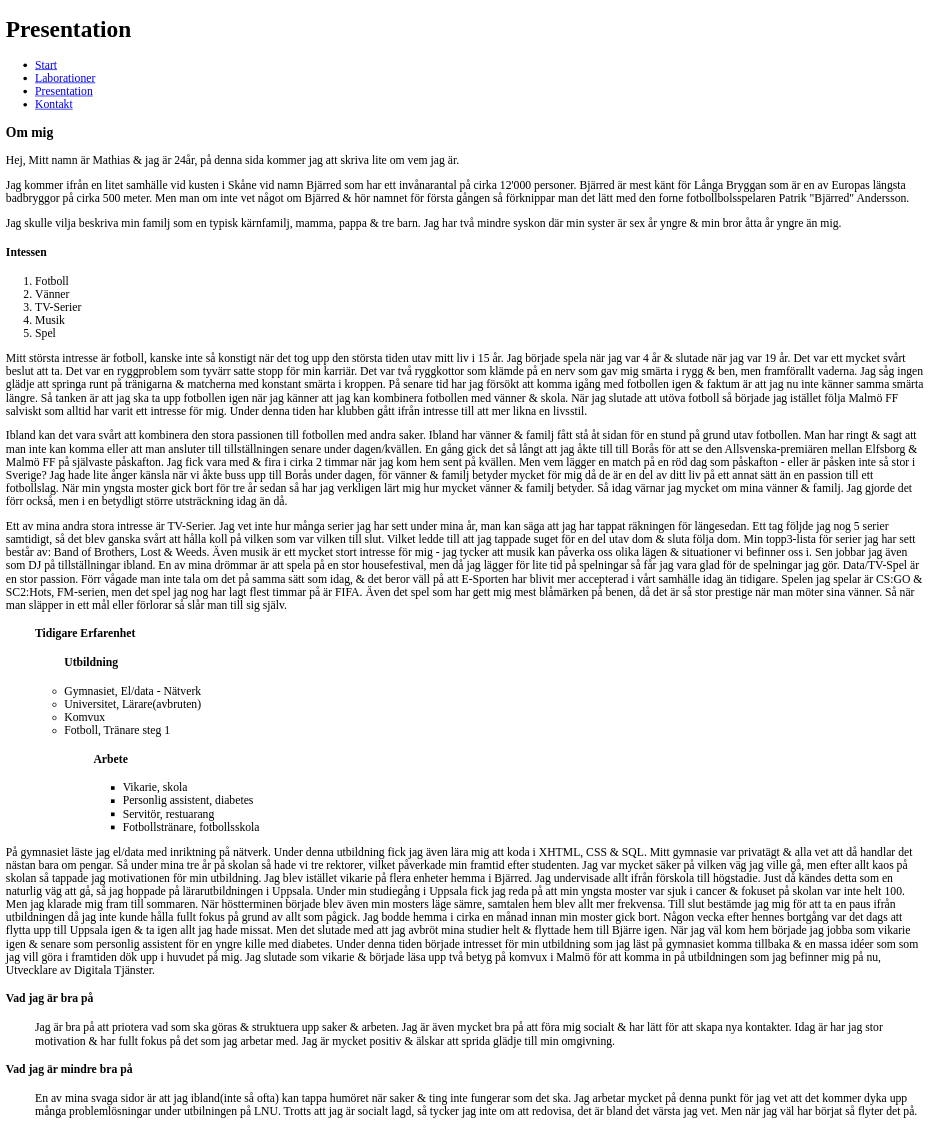
Repository: ms223uh/1ik415-laborationer
Page: www/pages/presentation.html
The author's editor kept a record of every edit. The page is drawn from the files as they stood at one moment, then again after the next edit.
The browser window is 1280 px wide. The pictures show the whole page, at 73% of full size.

Above is the page before.

### www/pages/presentation.html
<!DOCTYPE html>

<html  lang="sv">

<head>
        <meta http-equiv="content-type" content="text/html; charset=utf-8" />
        <title>Mathias Sundin</title>
        </meta>
    </head>
    <body>
        <h1>Presentation</h1>

         <ul>
            <li><a href="../index.html">Start</a></li>
            <li><a href="laborationer.html">Laborationer</a></li>
            <li><a href="presentation.html">Presentation</a></li>
            <li><a href="kontakt.html">Kontakt</a></li>
            </li>
        </ul>


        <!--Presentation-->
            <h3>Om mig</h3>
                <p>Hej,

            Mitt namn är Mathias & jag är 24år, på denna sida kommer jag att skriva lite om vem jag är. </p>

            <p>Jag kommer ifrån en litet samhälle vid kusten i Skåne vid namn Bjärred som har ett invånarantal på cirka 12'000 personer.
            Bjärred är mest känt för Långa Bryggan som är en av Europas längsta badbryggor på cirka 500 meter. Men man om inte vet något
            om Bjärred & hör namnet för första gången så förknippar man det lätt med den forne fotbollbolsspelaren Patrik "Bjärred" Andersson.</p>
            <p>Jag skulle vilja beskriva min familj som en typisk kärnfamilj, mamma, pappa & tre barn. Jag har två mindre syskon där min
            syster är sex år yngre & min bror åtta år yngre än mig.</p>

            <h4>Intessen</h4>
            <ol>
                <li>Fotboll</li>
                <li>Vänner</li>
                <li>TV-Serier</li>
                <li>Musik</li>
                <li>Spel</li>
            </ol>

            <p>
                Mitt största intresse är fotboll, kanske inte så konstigt när det tog upp den största tiden utav mitt liv i 15 år. Jag började spela
                när jag var 4 år & slutade när jag var 19 år. Det var ett mycket svårt beslut att ta. Det var en ryggproblem som tyvärr satte stopp för min
                karriär. Det var två ryggkottor som klämde på en nerv som gav mig smärta i rygg & ben, men framförallt vaderna. Jag såg ingen glädje att springa
                runt på tränigarna & matcherna med konstant smärta i kroppen. På senare tid har jag försökt att komma igång med fotbollen igen & faktum är att jag
                nu inte känner samma smärta längre. Så tanken är att jag ska ta upp fotbollen igen när jag känner att jag kan kombinera fotbollen med vänner & skola.
                När jag slutade att utöva fotboll så började jag istället följa Malmö FF salviskt som alltid har varit ett intresse för mig. Under denna tiden har
                klubben gått ifrån intresse till att mer likna en livsstil.
            </p>
            <p>

                Ibland kan det vara svårt att kombinera den stora passionen till fotbollen med andra saker. Ibland har vänner & familj fått stå åt sidan för en stund på grund utav
                fotbollen. Man har ringt & sagt att man inte kan komma eller att man ansluter till tillställningen senare under dagen/kvällen. En gång gick det så långt att jag
                åkte till till Borås för att se den Allsvenska-premiären mellan Elfsborg & Malmö FF på självaste påskafton. Jag fick vara med & fira i cirka 2 timmar när jag kom hem
                sent på kvällen. Men vem lägger en match på en röd dag som påskafton - eller är påsken inte så stor i Sverige?
                Jag hade lite ånger känsla när vi åkte buss upp till Borås under dagen, för vänner & familj betyder mycket för mig då de är en del av ditt liv på ett annat sätt än
                en passion till ett fotbollslag. När min yngsta moster gick bort för tre år sedan så har jag verkligen lärt mig hur mycket vänner & familj betyder. Så idag värnar jag
                mycket om mina vänner & familj. Jag gjorde det förr också, men i en betydligt större utsträckning idag än då.
            </p>

            <p>
                Ett av mina andra stora intresse är TV-Serier. Jag vet inte hur många serier jag har sett under mina år, man kan säga att jag har tappat räkningen för längesedan.
                Ett tag följde jag nog 5 serier samtidigt, så det blev ganska svårt att hålla koll på vilken som var vilken till slut. Vilket ledde till att jag tappade suget för
                en del utav dom & sluta följa dom. Min topp3-lista för serier jag har sett består av: Band of Brothers, Lost & Weeds.
                Även musik är ett mycket stort intresse för mig - jag tycker att musik kan påverka oss olika lägen & situationer vi befinner oss i. Sen jobbar jag även som DJ
                på tillställningar ibland. En av mina drömmar är att spela på en stor housefestival, men då jag lägger för lite tid på spelningar så får jag vara glad för de
                spelningar jag gör.
                Data/TV-Spel är en stor passion. Förr vågade man inte tala om det på samma sätt som idag, & det beror väll på att E-Sporten har blivit mer accepterad i vårt
                samhälle idag än tidigare. Spelen jag spelar är CS:GO & SC2:Hots, FM-serien, men det spel jag nog har lagt flest timmar på är FIFA. Även det spel som har gett mig
                mest blåmärken på benen, då det är så stor prestige när man möter sina vänner. Så när man släpper in ett mål eller förlorar så slår man till sig själv.

            </p>
<ul>
             <h4>Tidigare Erfarenhet</h4>
           <ul>
           <h4>Utbildning</h4>
               <li>Gymnasiet, El/data - Nätverk</li>
               <li>Universitet, Lärare(avbruten)</li>
               <li>Komvux</li>
               <li>Fotboll, Tränare steg 1</li>

            <ul>
            <h4>Arbete</h4>
            <ul>
                <li>Vikarie, skola</li>
                <li>Personlig assistent, diabetes</li>
                <li>Servitör, restuarang</li>
                <li>Fotbollstränare, fotbollsskola</li>
            </ul>
            </ul>
            </ul>
            </ul>

                   <p>
                       På gymnasiet läste jag el/data med inriktning på nätverk. Under denna utbildning fick jag även lära mig att koda i XHTML, CSS & SQL.
                       Mitt gymnasie var privatägt & alla vet att då handlar det nästan bara om pengar. Så under mina tre år på skolan så hade vi tre rektorer,
                       vilket påverkade min framtid efter studenten. Jag var mycket säker på vilken väg jag ville gå, men efter allt kaos på skolan så tappade
                       jag motivationen för min utbildning. Jag blev istället vikarie på flera enheter hemma i Bjärred. Jag undervisade allt ifrån förskola till högstadie.
                       Just då kändes detta som en naturlig väg att gå, så jag hoppade på lärarutbildningen i Uppsala. Under min studiegång i Uppsala fick jag reda på att min yngsta moster
                       var sjuk i cancer & fokuset på skolan var inte helt 100. Men jag klarade mig fram till sommaren. När höstterminen började blev även min mosters läge sämre, samtalen
                       hem blev allt mer frekvensa. Till slut bestämde jag mig för att ta en paus ifrån utbildningen då jag inte kunde hålla fullt fokus på grund av allt som pågick.
                       Jag bodde hemma i cirka en månad innan min moster gick bort. Någon vecka efter hennes bortgång var det dags att flytta upp till Uppsala igen & ta igen allt jag hade
                       missat. Men det slutade med att jag avbröt mina studier helt & flyttade hem till Bjärre igen. När jag väl kom hem började jag jobba som vikarie igen & senare som
                       personlig assistent för en yngre kille med diabetes. Under denna tiden började intresset för min utbildning som jag läst på gymnasiet komma tillbaka & en massa idéer som
                       som jag vill göra i framtiden dök upp i huvudet på mig. Jag slutade som vikarie & började läsa upp två betyg på komvux i Malmö för att komma in på utbildningen som jag befinner mig på nu,
                       Utvecklare av Digitala Tjänster.
                   </p>

                  <dl>
                      <h4><dt>Vad jag är bra på</dt></h4>
                      <dd>
                          Jag är bra på att priotera vad som ska göras & struktuera upp saker & arbeten. Jag är även mycket bra på att föra mig socialt & har lätt för att skapa nya kontakter.
                          Idag är har jag stor motivation & har fullt fokus på det som jag arbetar med. Jag är mycket positiv & älskar att sprida glädje till min omgivning.
                      </dd>
                      <h4><dt>Vad jag är mindre bra på</dt></h4>
                      <dd>
                          En av mina svaga sidor är att jag ibland(inte så ofta) kan tappa humöret när saker & ting inte fungerar som det ska. Jag arbetar mycket på denna punkt för jag vet
                          att det kommer dyka upp många problemlösningar under utbilningen på LNU. Trotts att jag är socialt lagd, så tycker jag inte om att redovisa, det är bland det värsta jag vet.
                          Men när jag väl har börjat så flyter det på.
                      </dd>
                  </dl>



























    </body>
</html>

After the next edit:
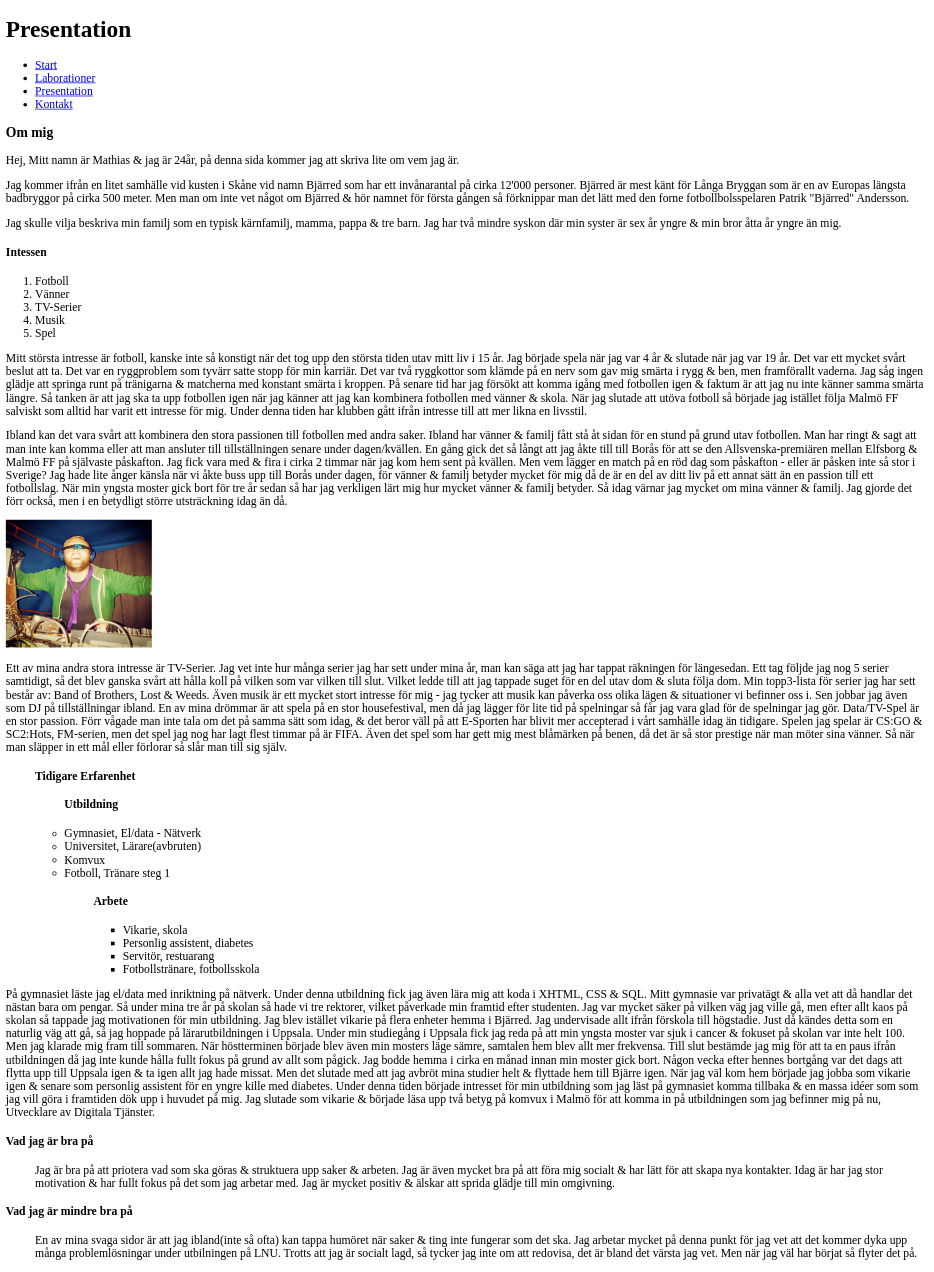
The edit:
--- a/www/pages/presentation.html
+++ b/www/pages/presentation.html
@@ -60,6 +60,7 @@
                 mycket om mina vänner & familj. Jag gjorde det förr också, men i en betydligt större utsträckning idag än då.
             </p>
 
+            <a name="pic1"><img src="../pics/me1.jpeg" width="200" height="175"></a>
             <p>
                 Ett av mina andra stora intresse är TV-Serier. Jag vet inte hur många serier jag har sett under mina år, man kan säga att jag har tappat räkningen för längesedan.
                 Ett tag följde jag nog 5 serier samtidigt, så det blev ganska svårt att hålla koll på vilken som var vilken till slut. Vilket ledde till att jag tappade suget för
